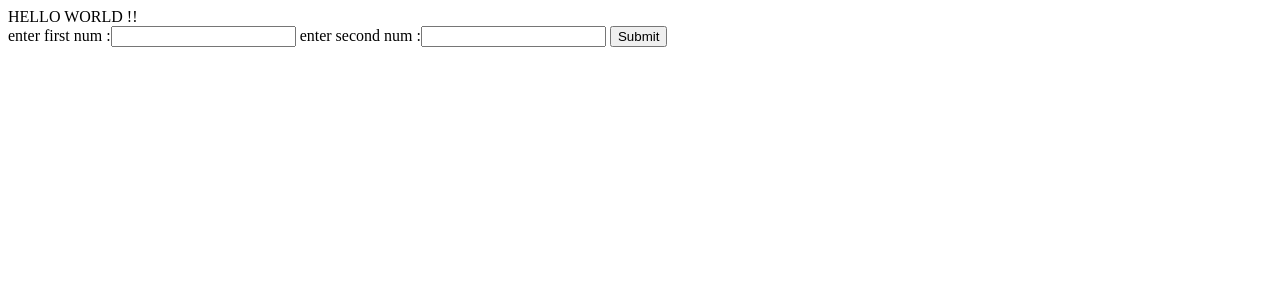
Repository: Akashbh011/Servlet-JSP
Page: demoApp1/src/main/webapp/index.html
An editor plug-in stored every save of this project. The page is shown before and after the next save, followed by the edit.
The browser window is 1280 px wide. The pictures show the whole page.

Above is the page before, as saved 2025-10-03 05:21:11.

### demoApp1/src/main/webapp/index.html
<!DOCTYPE html>
<html>
<head>
<meta charset="ISO-8859-1">
<title>Insert title here</title>
</head>
<body>
	HELLO WORLD !!

	<form action="/add">
		enter first num :<input type="text" , name ="num1">
		enter second num :<input type = "text", name ="num2">
		<input type = "submit">
	</form>
</body>
</html>

After the next save:
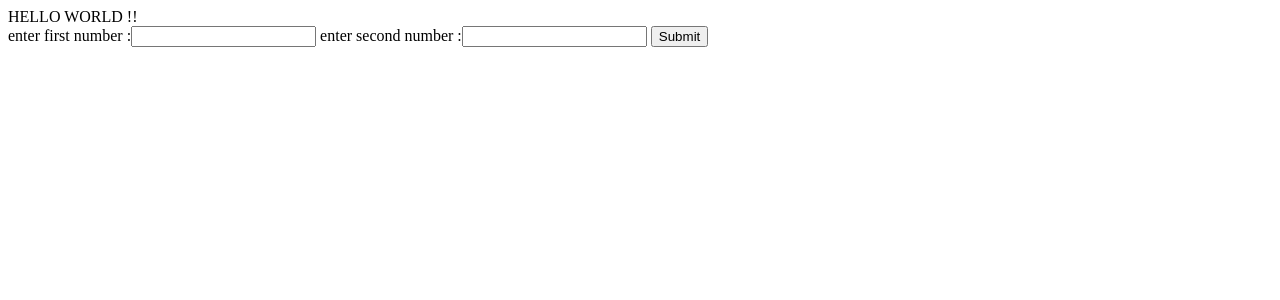
Saved 110 s later.
--- a/demoApp1/src/main/webapp/index.html
+++ b/demoApp1/src/main/webapp/index.html
@@ -7,9 +7,9 @@
 <body>
 	HELLO WORLD !!
 
-	<form action="/add">
-		enter first num :<input type="text" , name ="num1">
-		enter second num :<input type = "text", name ="num2">
+	<form action="add">
+		enter first number :<input type="text" , name ="num1">
+		enter second number :<input type = "text", name ="num2">
 		<input type = "submit">
 	</form>
 </body>
